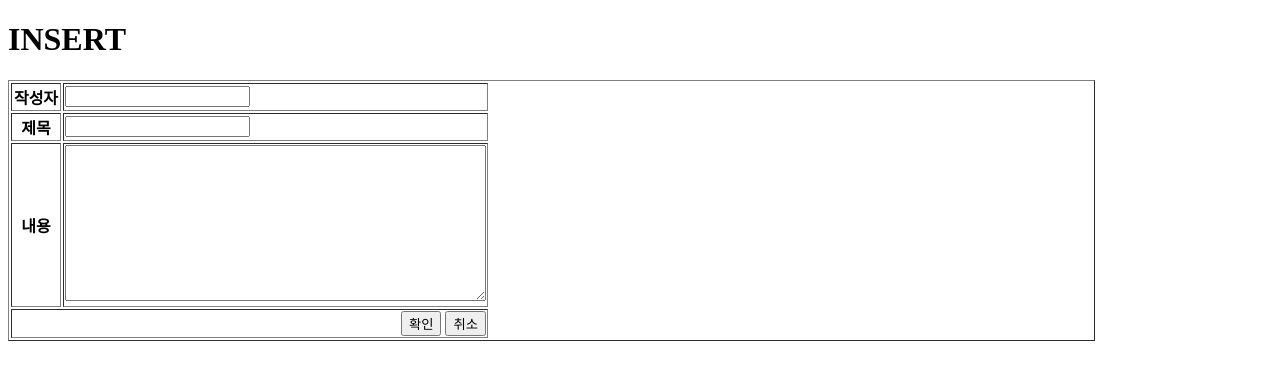
Repository: charamee/Web_kh
Page: http://localhost/Jsp08_MVC/myinsert.jsp
An editor plug-in stored every save of this project. The page is shown before and after the next save, followed by the edit.
The browser window is 1280 px wide. The pictures show the whole page.
The page is served by Tomcat 9.

Above is the page before, as saved 2021-02-25 16:11:47.

After the next save:
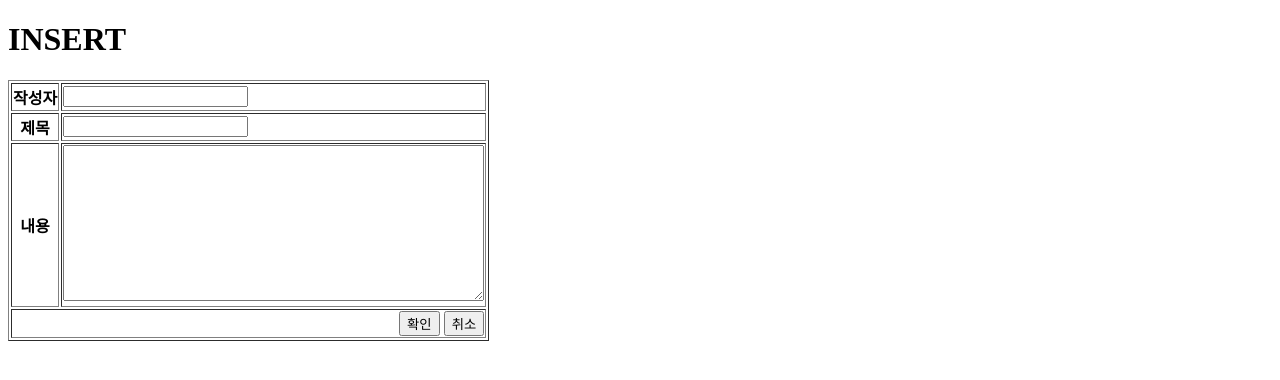
Saved 13 s later.
--- a/Workspace_WEB/Jsp08_MVC/WebContent/myinsert.jsp
+++ b/Workspace_WEB/Jsp08_MVC/WebContent/myinsert.jsp
@@ -15,10 +15,7 @@
 	<form action="controller.do" method="post" >
 	<input type="hidden" name="command" value="insertres">
 	<table border="1">
-		<col width="50">
-		<col width="100">
-		<col width="500">
-		<col width="100">
+
 
 		<tr>
 			<th>작성자</th>
